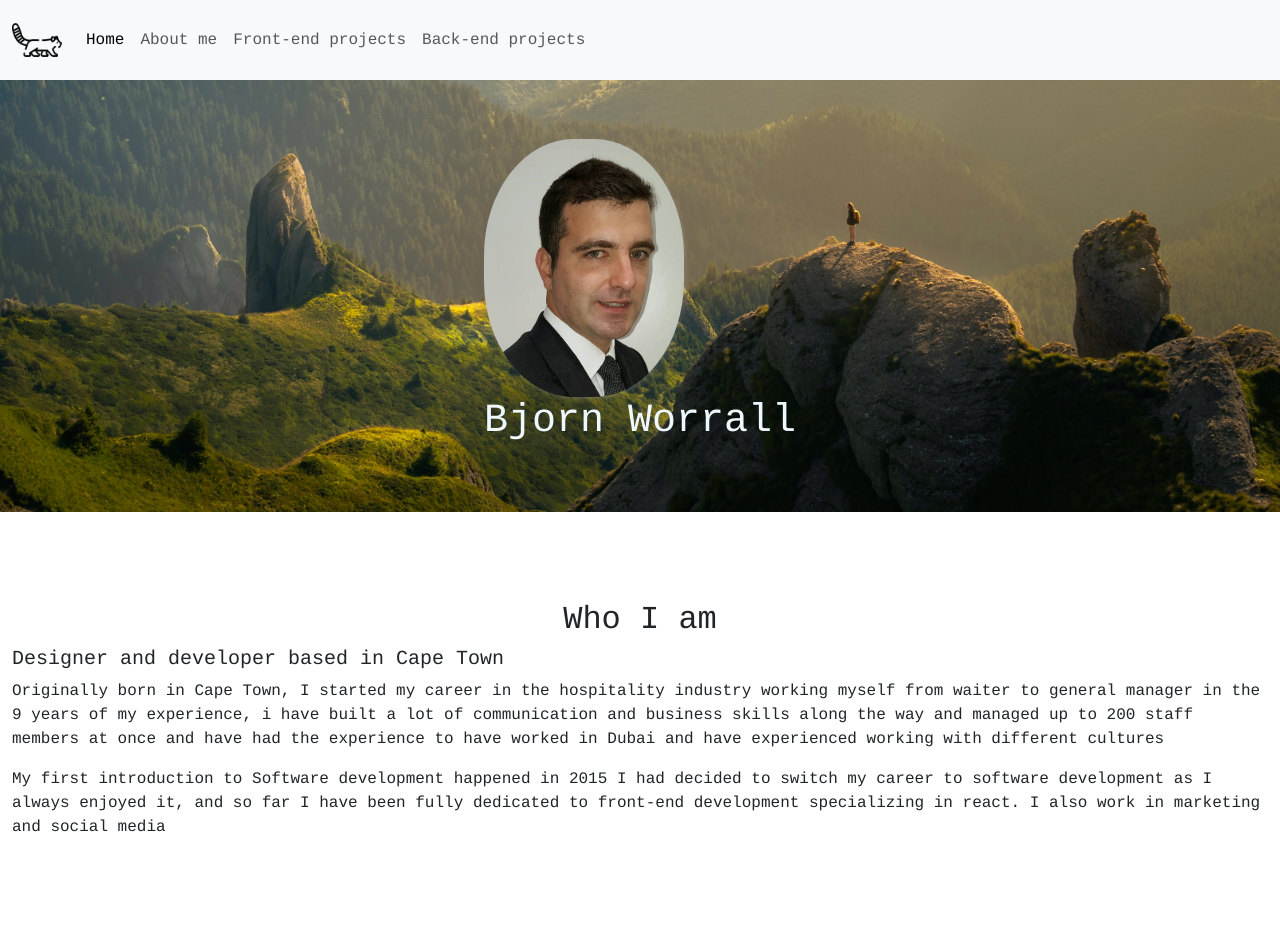
Repository: lasity34/portfolio
Page: index.html
These files come from the project's save history. The page is drawn as it stood at one moment and after the next save; the edit follows.
The browser window is 1280 px wide. The pictures show the whole page.
Backgrounds fixed to the window are drawn as part of the page. Some web fonts or font styles are not loaded; a fallback is used.

Above is the page before, as saved 2023-03-13 16:04:09.

### index.html
<!DOCTYPE html>
<html lang="en">
  <head>
    <meta charset="UTF-8" />
    <meta http-equiv="X-UA-Compatible" content="IE=edge" />
    <meta name="viewport" content="width=device-width, initial-scale=1.0" />
    <title>Bjorn Portfolio</title>
    <link rel="preconnect" href="https://fonts.googleapis.com">
<link rel="preconnect" href="https://fonts.gstatic.com" crossorigin>

    <link
      href="https://cdn.jsdelivr.net/npm/bootstrap@5.3.0-alpha1/dist/css/bootstrap.min.css"
      rel="stylesheet"
      integrity="sha384-GLhlTQ8iRABdZLl6O3oVMWSktQOp6b7In1Zl3/Jr59b6EGGoI1aFkw7cmDA6j6gD"
      crossorigin="anonymous"
    />
    <script
      src="https://cdn.jsdelivr.net/npm/bootstrap@5.3.0-alpha1/dist/js/bootstrap.bundle.min.js"
      integrity="sha384-w76AqPfDkMBDXo30jS1Sgez6pr3x5MlQ1ZAGC+nuZB+EYdgRZgiwxhTBTkF7CXvN"
      crossorigin="anonymous"
    ></script>
    <link rel="stylesheet" type="text/css" href="styles.css" />
    <link href="https://fonts.googleapis.com/css2?family=Euphoria+Script&display=swap" rel="stylesheet">
  </head>
  <body>
    <nav class="navbar navbar-expand-lg bg-body-tertiary">
      <div class="container-fluid d-flex justify-content-between">
        <a class="navbar-brand" href="#"
          ><img width="50" height="54" src="./Images/red-panda.png"
        /></a>
        <button
          class="navbar-toggler"
          type="button"
          data-bs-toggle="collapse"
          data-bs-target="#navbarNavAltMarkup"
          aria-controls="navbarNavAltMarkup"
          aria-expanded="false"
          aria-label="Toggle navigation"
        >
          <span class="navbar-toggler-icon"></span>
        </button>
        <div class="collapse navbar-collapse" id="navbarNavAltMarkup">
          <div class="navbar-nav" id="color">
            <a class="nav-link active" aria-current="page" href="#">Home</a>
            <a class="nav-link" href="#about_me">About me</a>
            <a class="nav-link" href="#">Front-end projects</a>
            <a class="nav-link">Back-end projects</a>
          </div>
        </div>
      </div>
    </nav>
    <section class="container-fluid intro_container general_container">
      <div class="info_container">
        <img src="./Images/profile_pic.jpg" class="img-fluid" />
        <h1>Bjorn Worrall</h1>
      </div>
    </section>
    <section class="container-fluid general_container" id="about_me">
      <div>
        <h2>Who I am</h2>
        <h5>Designer and developer based in Cape Town</h5>
        <p>
          Originally born in Cape Town, I started my career in the hospitality
          industry working myself from waiter to general manager in the 9 years
          of my experience, i have built a lot of communication and business
          skills along the way and managed up to 200 staff members at once and
          have had the experience to have worked in Dubai and have experienced
          working with different cultures
        </p>
        <p>
          My first introduction to Software development happened in 2015 I had
          decided to switch my career to software development as I always
          enjoyed it, and so far I have been fully dedicated to front-end
          development specializing in react. I also work in marketing and social
          media
        </p>
      </div>
    </section>
  </body>
</html>

### styles.css
/* global */

* {
    font-family: 'Euphoria', Courier, monospace;
}

body, html {
  margin: 0;
}

/* nav  */





/* Intro */

.intro_container {
    background: url(./Images/profile_img.jpg) no-repeat fixed center bottom;
	background-size: cover;
    height: 80vh;
}



.info_container img {
 border-radius: 45%;
 box-shadow: 2px 2px 4px rgba(216, 207, 207, 0.2);
 width: 100px;
}

.info_container h1 {
    color: aliceblue;
}

.general_container {
    display: flex;
    flex-direction: column;
    align-items: center;
    justify-content: space-evenly;
    height: 60vh;
}


@media (min-width: 576px) {
    .info_container {
        flex-direction: row;
    }
}

@media (min-width: 768px) {
    .info_container img {
        width: 150px;
    }
}

@media (min-width: 1200px) {
    .info_container img {
        width: 200px;
    }
}


/* Description */

#about_me h2 {
    text-align: center;
}

After the next save:
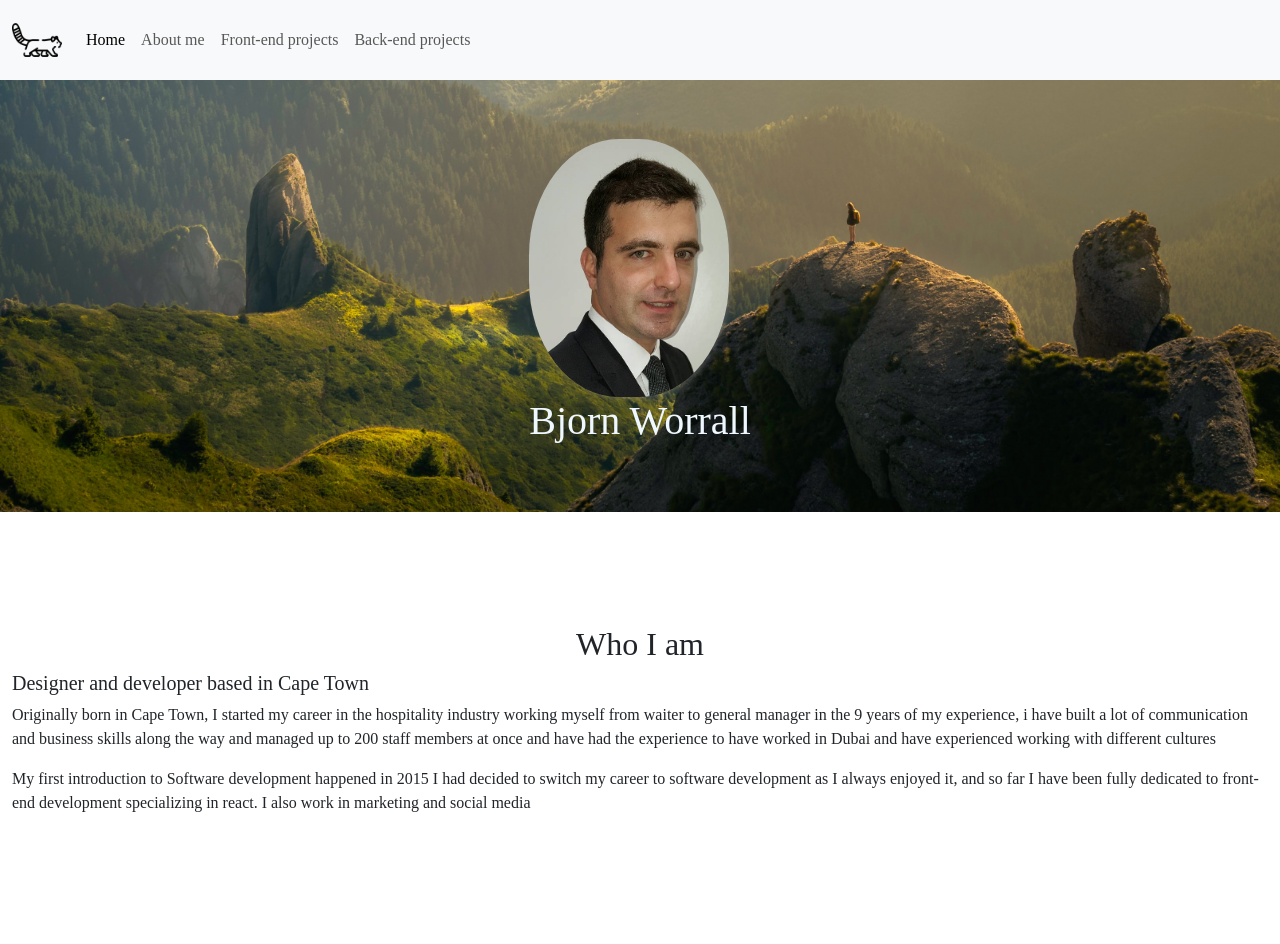
Saved 41 s later.
--- a/styles.css
+++ b/styles.css
@@ -1,7 +1,7 @@
 /* global */
 
 * {
-    font-family: 'Euphoria', Courier, monospace;
+    font-family: 'Euphoria Script', cursive;
 }
 
 body, html {
